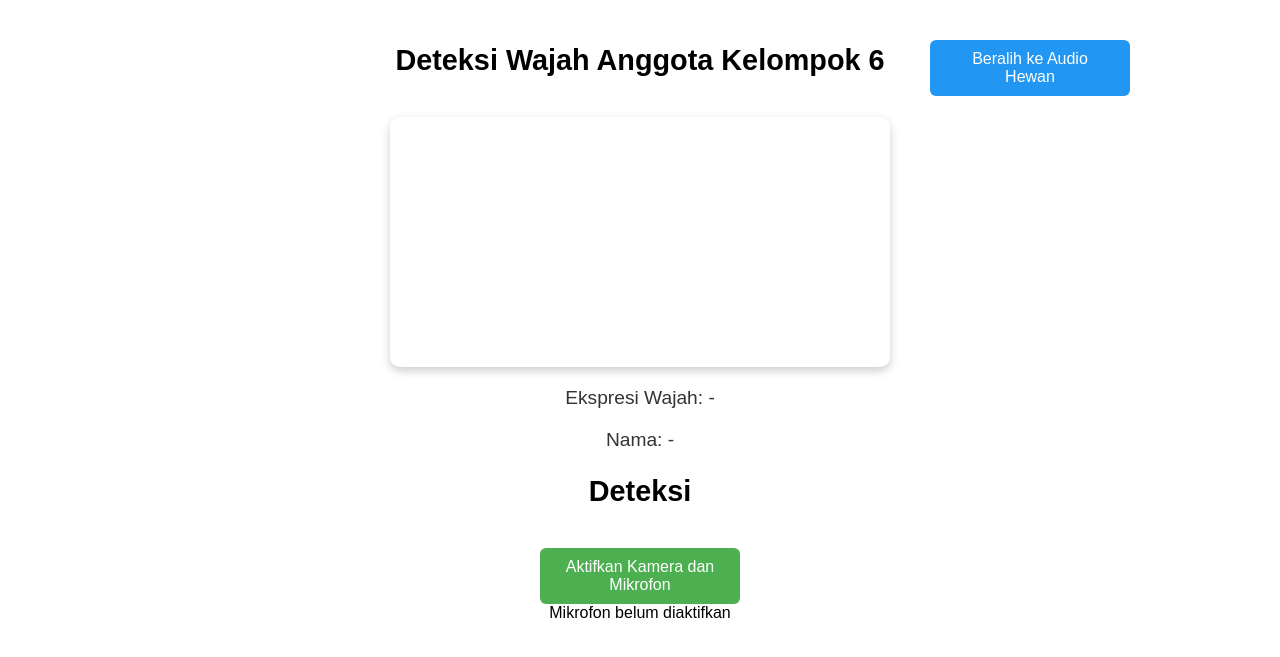
Repository: RalfyBawinto/working-teachable-machine
Page: index.html
The author's editor kept a copy of each file at every save. The page is drawn from the files as they stood at one save, then again after the next save.
The browser window is 1280 px wide. The pictures show the whole page.

Above is the page before, as saved 2025-04-22 20:18:19.

After the next save:
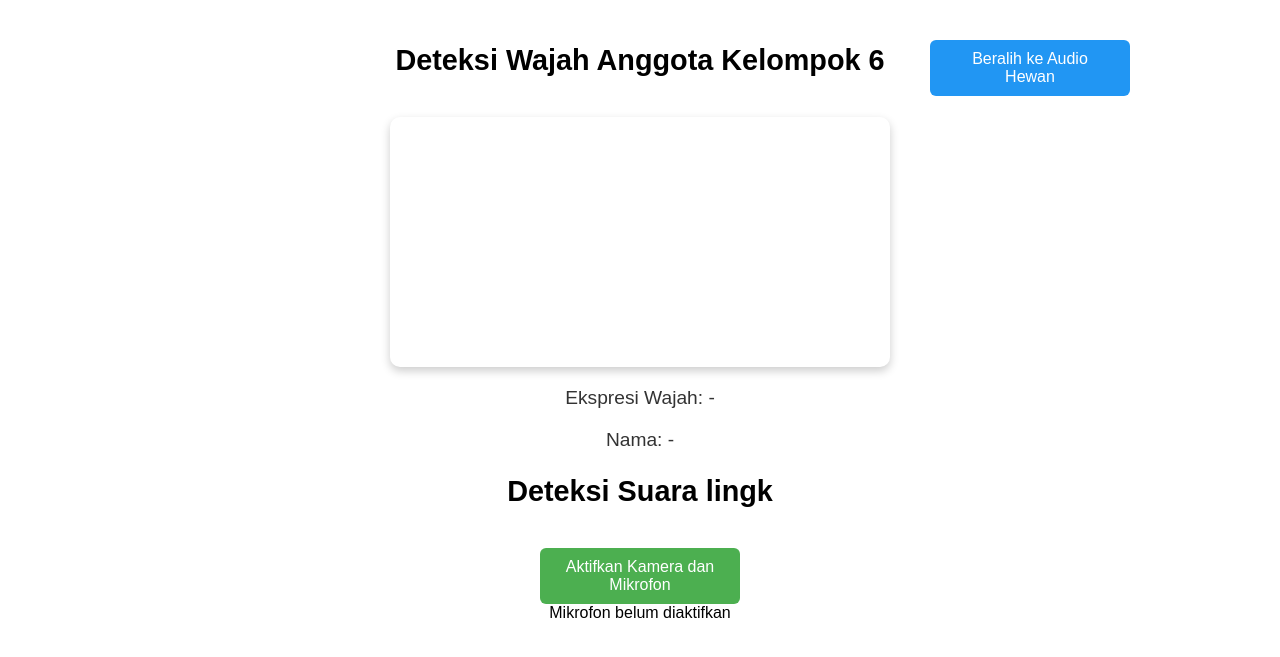
Saved 105 s later.
--- a/index.html
+++ b/index.html
@@ -23,7 +23,7 @@
       <div class="output" id="name-output">Nama: -</div>
     </div>
 
-    <h2>Deteksi</h2>
+    <h2>Deteksi Suara lingk</h2>
 
     <!-- Kontrol deteksi suara -->
     <button onclick="aktifkanDeteksi()">Aktifkan Kamera dan Mikrofon</button>
@@ -131,7 +131,7 @@
         ];
 
         // Ambang batas kepercayaan (misalnya 80%)
-        const threshold = 0.8;
+        const threshold = 0.5;
 
         // Cek apakah hasil terdeteksi termasuk anggota kelompok
         if (
